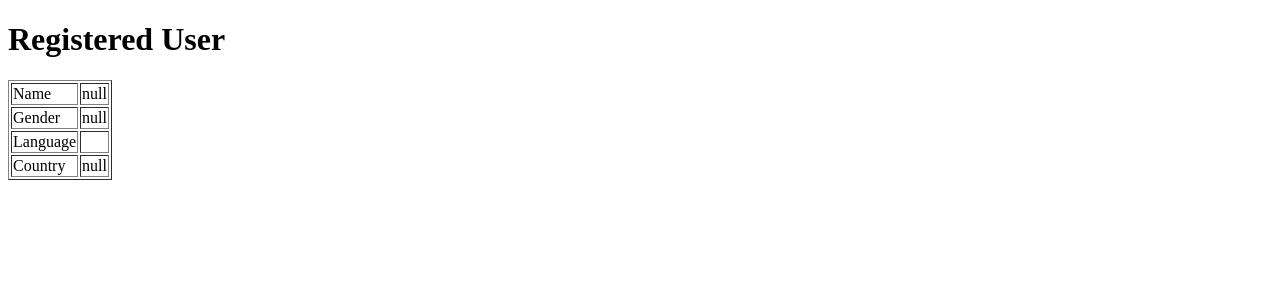
Repository: chirag555/Java_full_stack
Page: http://localhost/BasicMVC/about.jsp
These files come from the project's save history. The page is drawn as it stood at one moment and after a run of saves; the edit follows.
The browser window is 1280 px wide. The pictures show the whole page.
The page is served by Tomcat 9.

Above is the page before, as saved 2020-02-13 07:57:10.

After the next 2 saves:
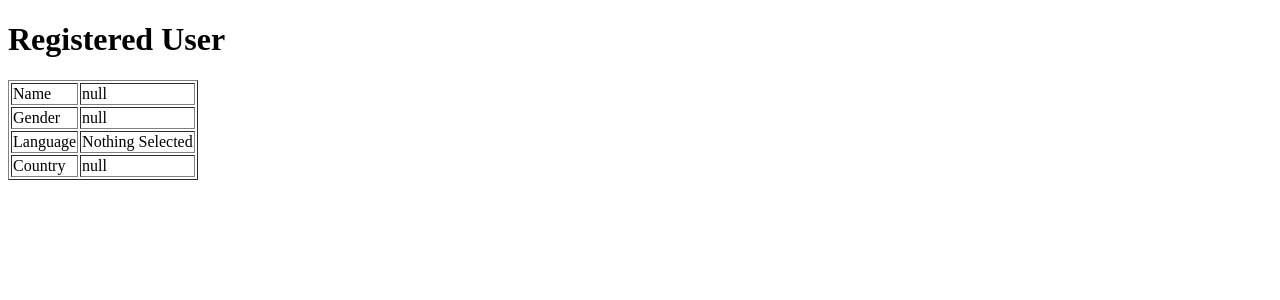
The 2 saves are shown as one change because 1 did not build or start.
The last was saved 56 s later.
--- a/BasicMVC/WebContent/about.jsp
+++ b/BasicMVC/WebContent/about.jsp
@@ -24,9 +24,12 @@
 if(countries!=null){
 	for(int i=0;i<countries.length;i++){
 		out.print(countries[i]+" ");
-
 	}
-}%></td>
+}
+else{
+	out.print("Nothing Selected");
+}
+%></td>
 </tr>
 <tr>
 <td>Country</td>
